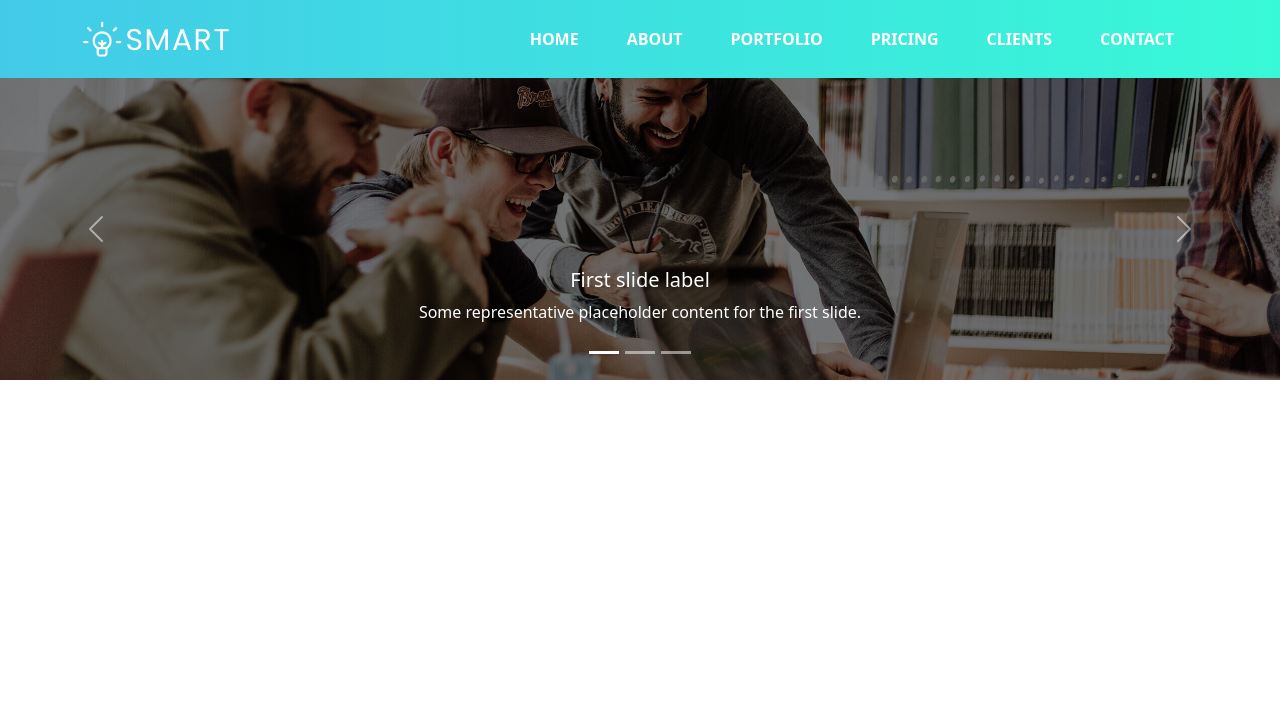
Repository: rizwan-zafar/smart-React
Page: /
The author's editor kept a copy of each file at every save. The page is drawn from the files as they stood at one save, then again after the next save.
The browser window is 1280 px wide. The pictures show the whole page.
The project was rebuilt for these pictures with package versions that can differ from the ones it lists, and the page was loaded fresh each time.

Above is the page before, as saved 2022-11-16 19:36:23.

### public/index.html
<!DOCTYPE html>
<html lang="en">
  <head>
    <meta charset="utf-8" />
    <link rel="icon" href="%PUBLIC_URL%/favicon.ico" />
    <meta name="viewport" content="width=device-width, initial-scale=1" />
    <meta name="theme-color" content="#000000" />
    <meta
      name="description"
      content="Web site created using create-react-app"
    />
    <link rel="apple-touch-icon" href="%PUBLIC_URL%/logo192.png" />
    <!--
      manifest.json provides metadata used when your web app is installed on a
      user's mobile device or desktop. See https://developers.google.com/web/fundamentals/web-app-manifest/
    -->
    <link rel="manifest" href="%PUBLIC_URL%/manifest.json" />
    <!--
      Notice the use of %PUBLIC_URL% in the tags above.
      It will be replaced with the URL of the `public` folder during the build.
      Only files inside the `public` folder can be referenced from the HTML.

      Unlike "/favicon.ico" or "favicon.ico", "%PUBLIC_URL%/favicon.ico" will
      work correctly both with client-side routing and a non-root public URL.
      Learn how to configure a non-root public URL by running `npm run build`.
    -->
    <title>React App</title>
  </head>
  <body>
    <noscript>You need to enable JavaScript to run this app.</noscript>
    <div id="root"></div>

   </body>
</html>

### src/index.js
import React from 'react';
import './index.css';
import "../node_modules/bootstrap/dist/css/bootstrap.min.css"
import "../node_modules/bootstrap/dist/js/bootstrap.min.js"
import "./Components/FontawsomeIcons"
import ReactDOM from 'react-dom/client';
import App from './App';
const root = ReactDOM.createRoot(document.getElementById('root'));
root.render(
  <React.StrictMode>
    <App />
  </React.StrictMode>
);

// If you want to start measuring performance in your app, pass a function
// to log results (for example: reportWebVitals(console.log))
// or send to an analytics endpoint. Learn more: https://bit.ly/CRA-vitals

### src/Components/FontawsomeIcons/index.js
import {library} from "@fortawesome/fontawesome-svg-core"
import {faUser,faBars} from "@fortawesome/free-solid-svg-icons"
library.add(faUser,faBars)

### src/App.js
 import HomePage from "./Pages/Home"
function App() {
  return (
    <div className="App">
        <HomePage />
    </div>
  );
}

export default App;

### src/Pages/Home.js
import React from 'react'
import Navbar from "../Components/Navbar"
import Slider from "../Components/Slider"
export default function Home() {
    return (
        <div>
            <Navbar />
            <Slider />
        </div>
    )
}

### src/Components/Navbar.js
import React from 'react'
import "../Css/Navbar.css"

import { FontAwesomeIcon } from "@fortawesome/react-fontawesome"
export default function Navbar() {
    return (
        <div className="NavContainer">
            <nav className="navbar navbar-expand-lg navbar-dark">
                <div className="container">
                    <a className="navbar-brand" href="/">
                        <img className="img-fluid" src="Images/logo.png" alt="not found" />
                    </a>
                    <div className="navbar-toggler" type="button" data-bs-toggle="collapse" data-bs-target="#navbarNav" aria-controls="navbarNav" aria-expanded="false" aria-label="Toggle navigation">
                        <FontAwesomeIcon icon="bars" />
                    </div>
                    <div className="collapse navbar-collapse" id="navbarNav">
                        <ul className="navbar-nav ms-auto">
                            <li className="nav-item">
                                <a className="nav-link active" aria-current="page" href="/">Home</a>
                            </li>
                            <li className="nav-item">
                                <a className="nav-link" href="/">ABOUT</a>
                            </li>
                            <li className="nav-item">
                                <a className="nav-link" href="/">PORTFOLIO</a>
                            </li>

                            <li className="nav-item">
                                <a className="nav-link" href="/">PRICING</a>
                            </li>

                            <li className="nav-item">
                                <a className="nav-link" href="/">CLIENTS</a>
                            </li>

                            <li className="nav-item">
                                <a className="nav-link" href="/">CONTACT</a>
                            </li>

                        </ul>
                    </div>
                </div>
            </nav>
        </div>
    )
}

### src/Components/Slider.js
import React from 'react'

export default function Slider() {
    return (
        <div className="sliderContainer">
            <div id="carouselExampleCaptions" className="carousel slide" data-bs-ride="false">
                <div className="carousel-indicators">
                    <button type="button" data-bs-target="#carouselExampleCaptions" data-bs-slide-to="0" className="active" aria-current="true" aria-label="Slide 1"></button>
                    <button type="button" data-bs-target="#carouselExampleCaptions" data-bs-slide-to="1" aria-label="Slide 2"></button>
                    <button type="button" data-bs-target="#carouselExampleCaptions" data-bs-slide-to="2" aria-label="Slide 3"></button>
                </div>
                <div className="carousel-inner">
                    <div className="carousel-item active">
                        <img src="Images/slider-2.jpg" className="d-block w-100" alt="..." />
                            <div className="carousel-caption d-none d-md-block">
                                <h5>First slide label</h5>
                                <p>Some representative placeholder content for the first slide.</p>
                            </div>
    </div>
                        <div className="carousel-item">
                            <img src="Images/slider-2.jpg"  alt="..." />
                                <div className="carousel-caption d-none d-md-block">
                                    <h5>Second slide label</h5>
                                    <p>Some representative placeholder content for the second slide.</p>
                                </div>
    </div>
                            <div className="carousel-item">
                                <img src="Images/slider-2.jpg"   alt="..." />
                                    <div className="carousel-caption d-none d-md-block">
                                        <h5>Third slide label</h5>
                                        <p>Some representative placeholder content for the third slide.</p>
                                    </div>
    </div>
                            </div>
                            <button className="carousel-control-prev" type="button" data-bs-target="#carouselExampleCaptions" data-bs-slide="prev">
                                <span className="carousel-control-prev-icon" aria-hidden="true"></span>
                                <span className="visually-hidden">Previous</span>
                            </button>
                            <button className="carousel-control-next" type="button" data-bs-target="#carouselExampleCaptions" data-bs-slide="next">
                                <span className="carousel-control-next-icon" aria-hidden="true"></span>
                                <span className="visually-hidden">Next</span>
                            </button>
                        </div>
                    </div>
    )
}

### src/Css/Navbar.css
.NavContainer  .navbar-toggler
{
    color:black;
    border:none;
}
.NavContainer .navbar-brand img{
    max-width: 150px;
}
.NavContainer .navbar-dark
{
    background: linear-gradient(to right,#43cae9, #38f9d7 100%)
}
.NavContainer .navbar-nav li{
   padding: 11px 16px;
 }
.NavContainer .navbar-nav li a{
color:#fff;
font-weight: 700;
text-transform: uppercase;
font-size: 16px;
}
@media (min-width: 1200px)
{
.NavContainer .container {
    max-width: 1140px;
}
}

Loaded but not shown: src/index.css (common file)

After the next save:
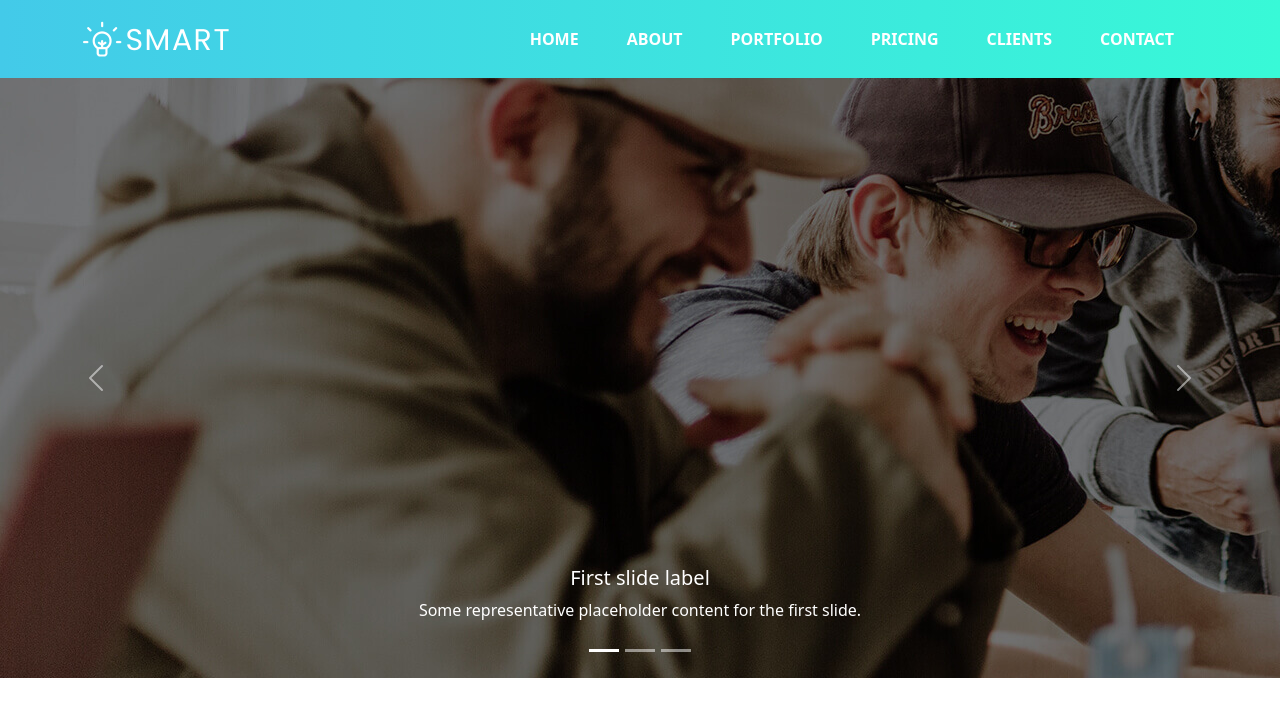
Saved 9 s later.
--- a/src/Components/Slider.js
+++ b/src/Components/Slider.js
@@ -11,7 +11,7 @@
                 </div>
                 <div className="carousel-inner">
                     <div className="carousel-item active">
-                        <img src="Images/slider-2.jpg" className="d-block w-100" alt="..." />
+                        <img src="Images/slider-2.jpg"   alt="..." />
                             <div className="carousel-caption d-none d-md-block">
                                 <h5>First slide label</h5>
                                 <p>Some representative placeholder content for the first slide.</p>
